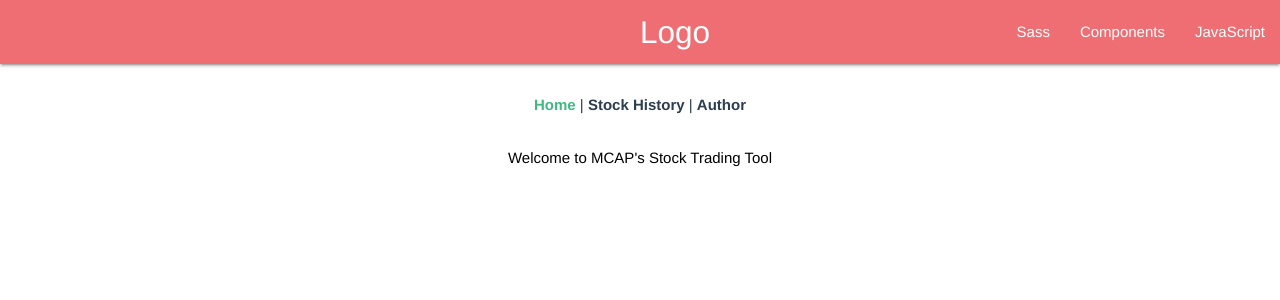
Repository: pandyarudra/stock-symbol-app
Page: /
These files come from the project's save history. The page is drawn as it stood at one moment and after the next save; the edit follows.
The browser window is 1280 px wide. The pictures show the whole page.
The project was rebuilt for these pictures with package versions that can differ from the ones it lists, and the page was loaded fresh each time.

Above is the page before, as saved 2020-09-14 21:32:43.

### src/main.js
import Vue from 'vue';
import App from './App.vue';
import router from './router';
import 'materialize-css';
import 'materialize-css/dist/css/materialize.min.css';

Vue.config.productionTip = false;

new Vue({
  router,
  render: h => h(App)
}).$mount('#app');

### src/App.vue
<template>
  <div id="app">
    <TopNav />
    <div id="nav">
      <router-link to="/">Home</router-link> |
      <router-link to="/stockHistory">Stock History</router-link> |
      <router-link to="/about">Author</router-link>
    </div>
    <router-view/>
  </div>
</template>


<script>
import M from 'materialize-css';
import TopNav from '@/components/TopNav.vue'

export default {
  mounted() {
    M.AutoInit();
  },
  components: {
    TopNav
  }
}
</script>

<style lang="scss">

  // $primary-color: color("materialize-red", "lighten-2") !default;
  // $primary-color-light: false !default;
  // $primary-color-dark: false !default;
  // @if not $primary-color-light {
  //   $primary-color-light: lighten($primary-color, 15%);
  // }
  // @if not $primary-color-dark {
  //   $primary-color-dark: darken($primary-color, 15%);
  // }
  // $secondary-color: color("teal", "lighten-1") !default;
  // $success-color: color("green", "base") !default;
  // $error-color: color("red", "base") !default;
  // $link-color: color("light-blue", "darken-1") !default;

#app {

  font-family: Avenir, Helvetica, Arial, sans-serif;
  -webkit-font-smoothing: antialiased;
  -moz-osx-font-smoothing: grayscale;
  text-align: center;
  color: #2c3e50;
}

#nav {
  padding: 30px;

  a {
    font-weight: bold;
    color: #2c3e50;

    &.router-link-exact-active {
      color: #42b983;
    }
  }
}
</style>

### src/router/index.js
import Vue from 'vue'
import VueRouter from 'vue-router'

Vue.use(VueRouter)

const routes = [
  {
    path: '/',
    name: 'WelcomePage',
    component: () => import(/* webpackChunkName: "about" */ '../views/WelcomePage.vue')
  },
  {
    path: '/about',
    name: 'About',
    // route level code-splitting
    // this generates a separate chunk (about.[hash].js) for this route
    // which is lazy-loaded when the route is visited.
    component: () => import(/* webpackChunkName: "about" */ '../views/About.vue')
  }
]

const router = new VueRouter({
  routes
})

export default router

### src/components/TopNav.vue
<template>
     <nav>
    <div class="nav-wrapper">
      <a href="#" class="brand-logo">Logo</a>
      <ul id="nav-mobile" class="right hide-on-med-and-down">
        <li><a href="sass.html">Sass</a></li>
        <li><a href="badges.html">Components</a></li>
        <li><a href="collapsible.html">JavaScript</a></li>
      </ul>
    </div>
  </nav>
</template>

### src/views/WelcomePage.vue
<template>
    <div>Welcome to MCAP's Stock Trading Tool
    </div>
</template>


<script>
export default {
  name: 'WelcomePage',
  props: {
    msg: String
  }
}
</script>

<!-- Add "scoped" attribute to limit CSS to this component only -->
<style scoped lang="scss">
  div {
      color: black;
      text-align: center;
  }
</style>

Loaded but not shown: public/index.html (common file)

After the next save:
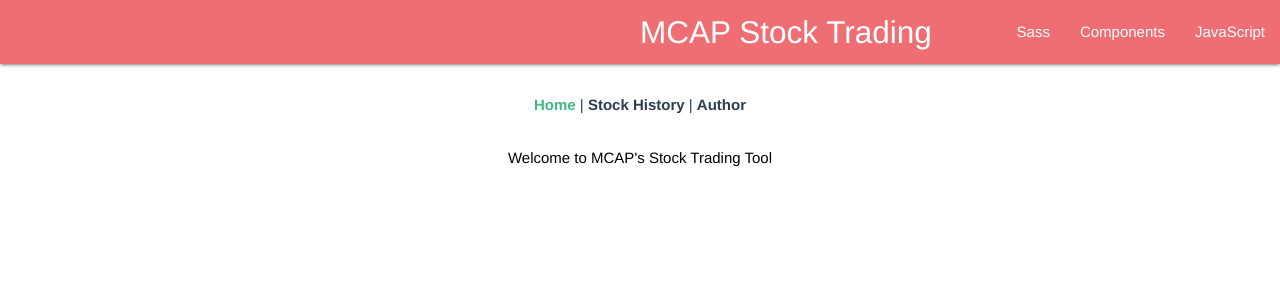
Saved 27 s later.
--- a/src/components/TopNav.vue
+++ b/src/components/TopNav.vue
@@ -1,7 +1,7 @@
 <template>
      <nav>
     <div class="nav-wrapper">
-      <a href="#" class="brand-logo">Logo</a>
+      <a href="#" class="brand-logo">MCAP Stock Trading</a>
       <ul id="nav-mobile" class="right hide-on-med-and-down">
         <li><a href="sass.html">Sass</a></li>
         <li><a href="badges.html">Components</a></li>
